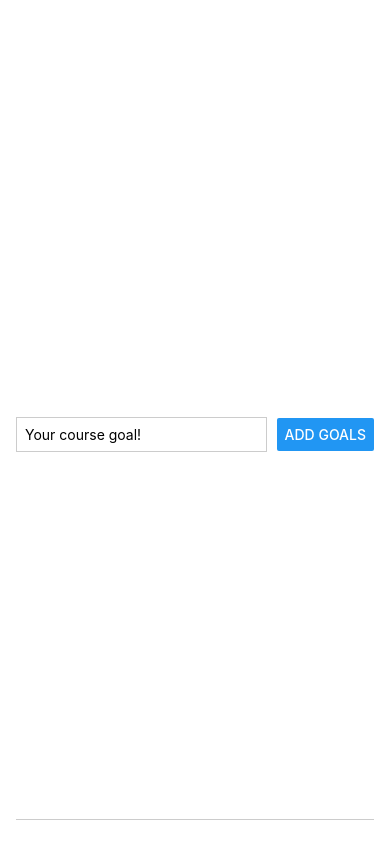
Repository: vanh1604/Todo-List
Screen: /
The author's editor kept a copy of each file at every save. The screen is drawn from the files as they stood at one save, then again after the next save.
The app was drawn by React Native's web renderer in a window 390 px wide. The project was rebuilt for these pictures with package versions that can differ from the ones it lists, and the page was loaded fresh each time.

Above is the screen before, as saved 2023-06-16 16:08:32.

### App.js
import { useState } from "react";
import {
  StyleSheet,
  Text,
  TextInput,
  View,
  Button,
  ScrollView,
} from "react-native";

export default function App() {
  const [enteredGoalText, setEnteredGoalText] = useState();
  const [courseGoals, setCourseGoals] = useState([]);
  function goalInputHandler(enteredText) {
    setEnteredGoalText(enteredText);
  }
  function addGoalHandler() {
    setCourseGoals((currentCourseGoals) => [
      ...currentCourseGoals,
      enteredGoalText,
    ]);
  }
  return (
    <View style={styles.appContainer}>
      <View style={styles.inputContainer}>
        <TextInput
          style={styles.textInput}
          placeholder="Your course goal!"
          onChangeText={goalInputHandler}
        ></TextInput>
        <Button title="Add goals" onPress={addGoalHandler} />
      </View>
      <View>
        <ScrollView style={styles.goalsContainer}>
          {courseGoals.map((goal) => (
            <View style={styles.goalItem} key={goal}>
              <Text style={styles.goalText}>{goal}</Text>
            </View>
          ))}
        </ScrollView>
      </View>
    </View>
  );
}

const styles = StyleSheet.create({
  appContainer: {
    flex: 1,
    paddingTop: 50,
    paddingHorizontal: 16,
  },
  inputContainer: {
    flex: 1,
    flexDirection: "row",
    justifyContent: "space-between",
    alignItems: "center",
    marginBottom: 24,
    borderBottomWidth: 1,
    borderBottomColor: "#cccccc",
  },
  textInput: {
    borderWidth: 1,
    borderColor: "#cccccc",
    width: "70%",
    marginRight: 8,
    padding: 8,
  },
  goalsContainer: {
    flex: 5,
  },
  goalItem: {
    margin: 8,
    padding: 8,
    borderRadius: 6,
    backgroundColor: "#5e0acc",
    color: "white",
  },
  goalText: {
    color: "white",
  },
});

After the next save:
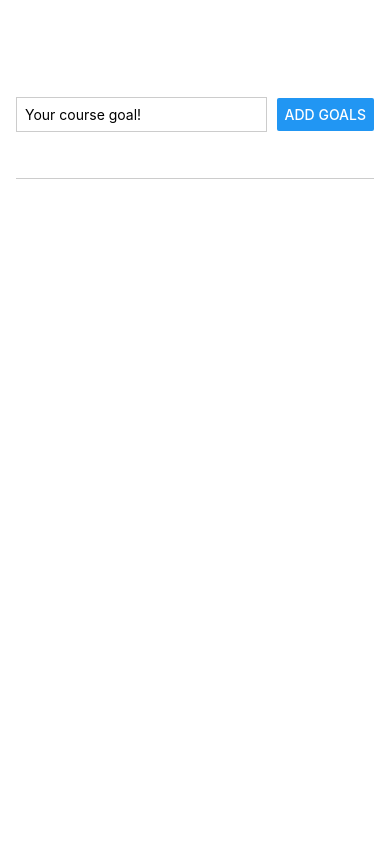
Saved 9 s later.
--- a/App.js
+++ b/App.js
@@ -30,8 +30,8 @@ export default function App() {
         ></TextInput>
         <Button title="Add goals" onPress={addGoalHandler} />
       </View>
-      <View>
-        <ScrollView style={styles.goalsContainer}>
+      <View style={styles.goalsContainer}>
+        <ScrollView>
           {courseGoals.map((goal) => (
             <View style={styles.goalItem} key={goal}>
               <Text style={styles.goalText}>{goal}</Text>
